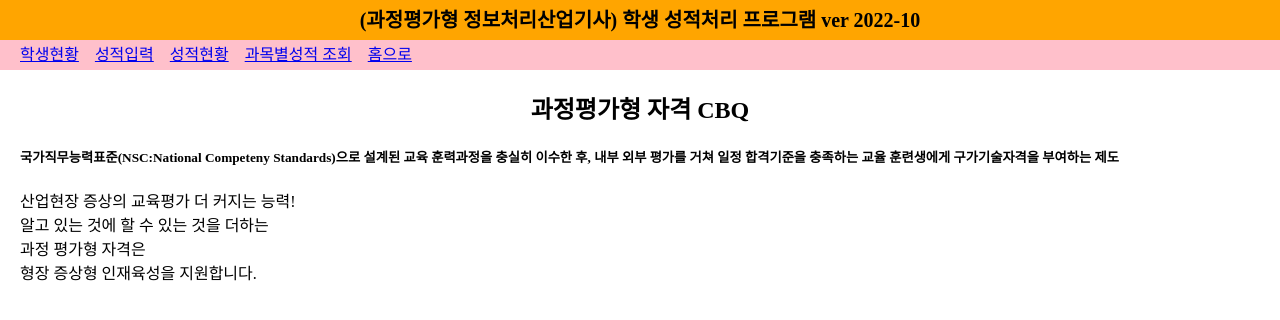
Repository: wjdwlgns1101/school_hrd
Page: http://localhost/school_30111/
These files come from the project's save history. The page is drawn as it stood at one moment and after the next save; the edit follows.
The browser window is 1280 px wide. The pictures show the whole page.
The page is served by Tomcat 9.

Above is the page before, as saved 2024-04-29 07:09:11.

After the next save:
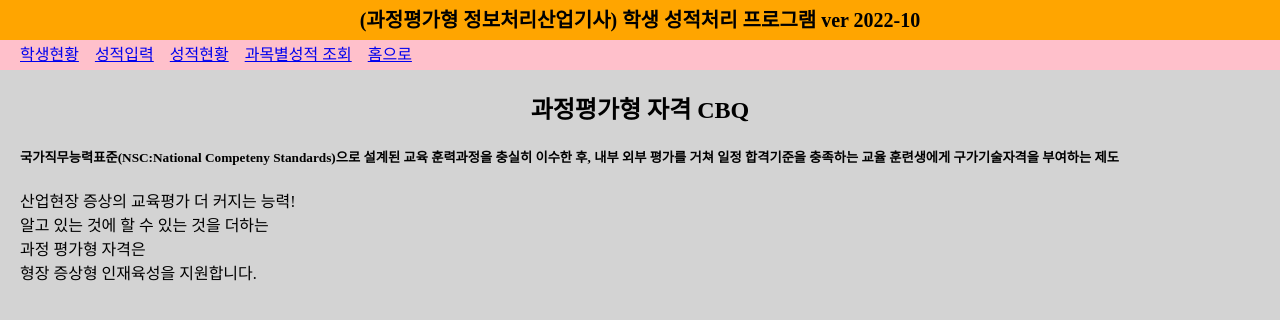
Saved 12 s later.
--- a/hrd_30111_school2 완성/school_30111/src/main/webapp/index.jsp
+++ b/hrd_30111_school2 완성/school_30111/src/main/webapp/index.jsp
@@ -9,7 +9,7 @@
 <body>
 <jsp:include page="header.jsp"></jsp:include>
 
-<section style="position: fixed; background-color: light gray; width: 100%; top: 70px; height: 100%; left: 0;">
+<section style="position: fixed; background-color: lightgray; width: 100%; top: 70px; height: 100%; left: 0;">
 	<h2 style="text-align: center;"><b>과정평가형 자격 CBQ</b></h2>
 	<h5 style="padding-left: 20px"> 국가직무능력표준(NSC:National Competeny Standards)으로 설계된 교육 훈력과정을 충실히 이수한 후, 내부 외부 평가를 거쳐 일정 합격기준을 충족하는 교율 훈련생에게 구가기술자격을 부여하는 제도 </h5>
 	<p style="padding-left: 20px">
